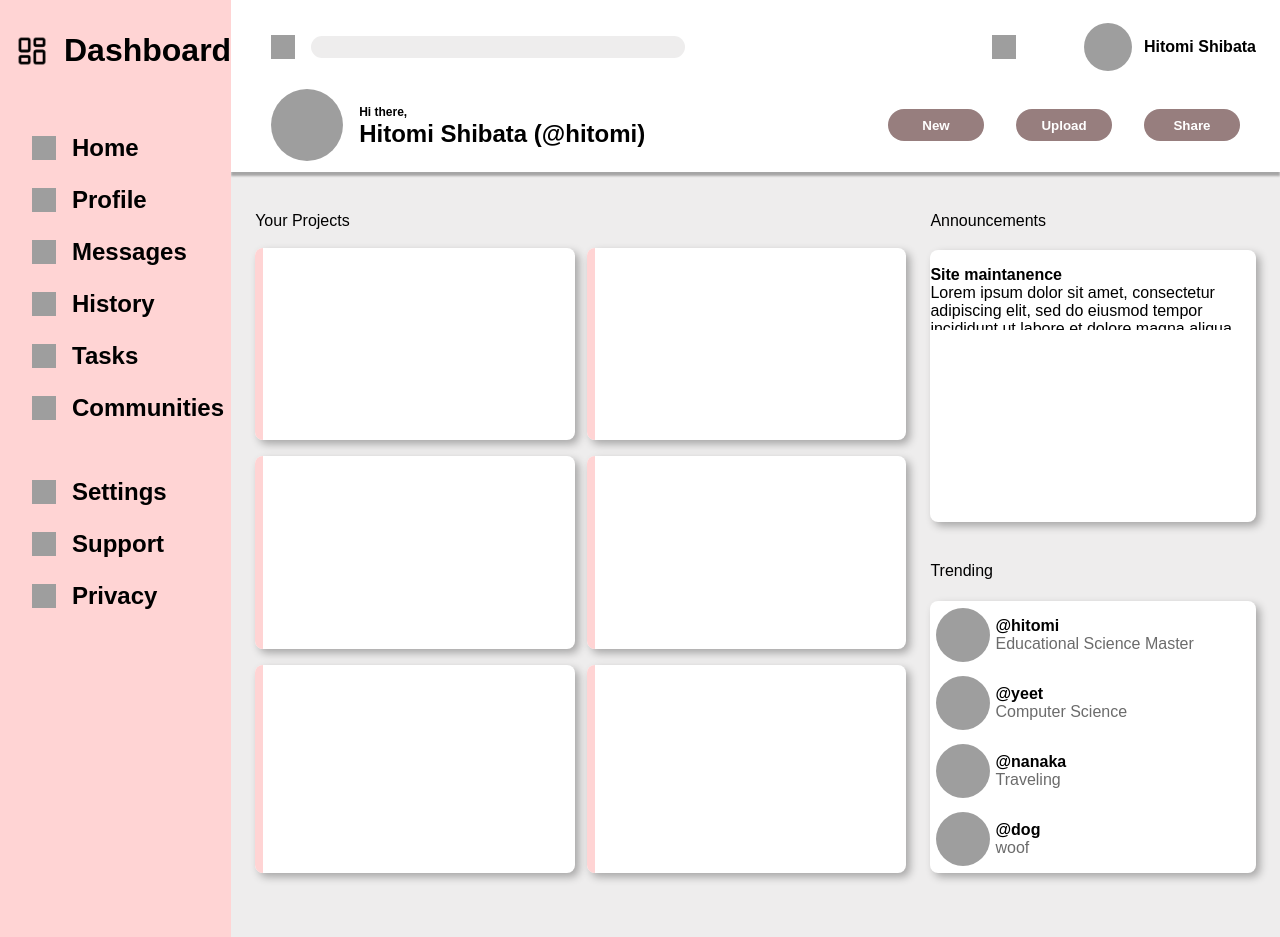
Repository: yeetzpxoci/dashboard
Page: index.html
The author's editor kept a copy of each file at every save. The page is drawn from the files as they stood at one save, then again after the next save.
The browser window is 1280 px wide. The pictures show the whole page.
Pictures or frames that could not be fetched are drawn as grey boxes.

Above is the page before, as saved 2023-02-19 13:58:19.

After the next save:
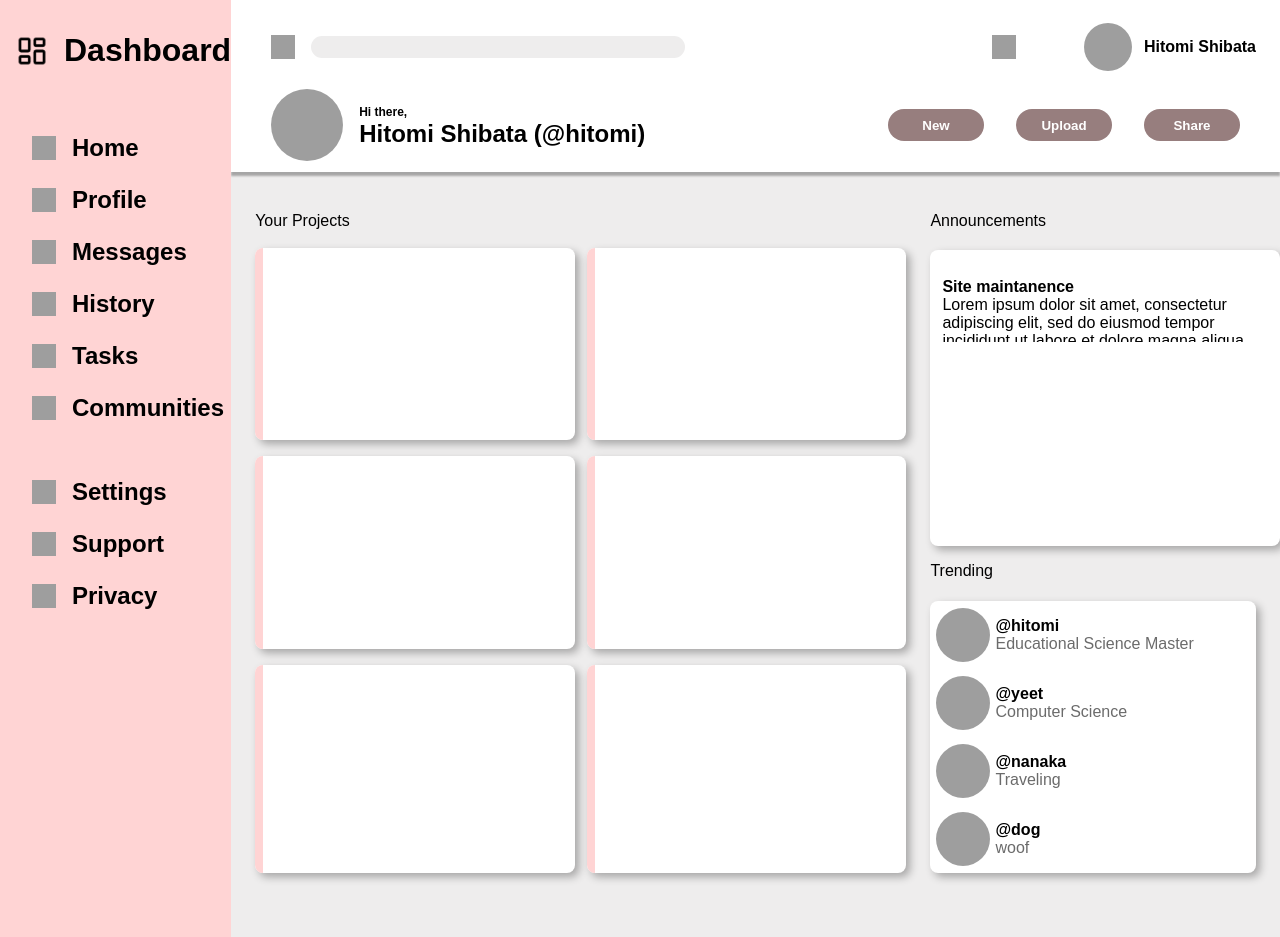
Saved 8 s later.
--- a/styles.css
+++ b/styles.css
@@ -210,6 +210,7 @@
     box-shadow: 4px 4px 8px rgb(0, 0, 0, 0.3);
     display: grid;
     grid-template-rows: 96px 2px 72px 2px 72px;
+    padding: 12px;
 }
 
 .announcements p {

After the save that followed:
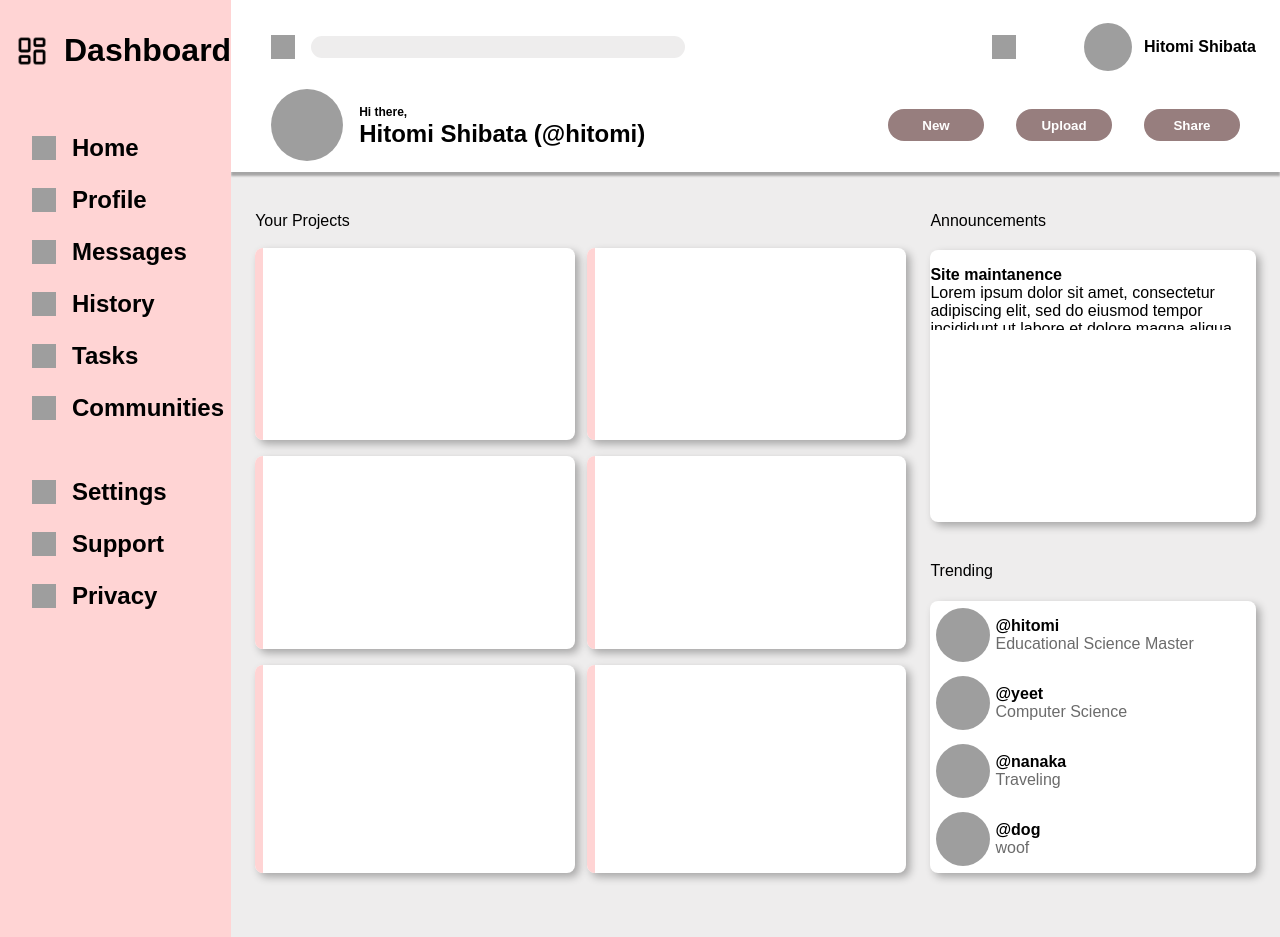
Saved 5 s later.
--- a/styles.css
+++ b/styles.css
@@ -210,7 +210,6 @@
     box-shadow: 4px 4px 8px rgb(0, 0, 0, 0.3);
     display: grid;
     grid-template-rows: 96px 2px 72px 2px 72px;
-    padding: 12px;
 }
 
 .announcements p {
